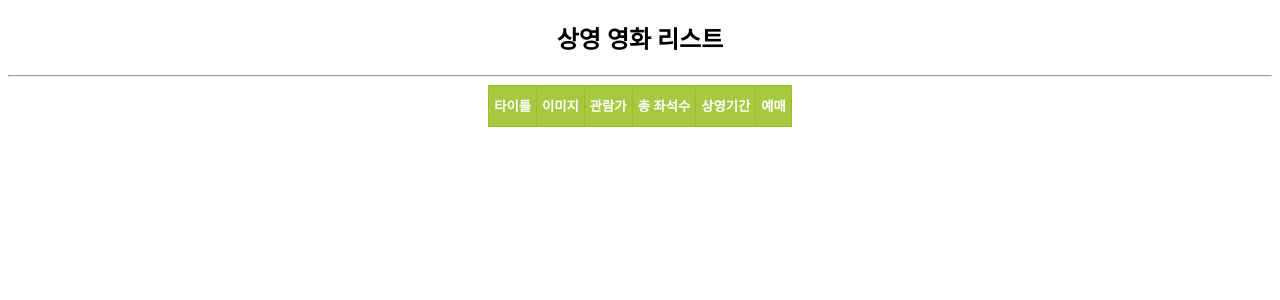
Repository: lmcoa15/Movie
Page: http://localhost/movie/user/user_list.jsp
An editor plug-in stored every save of this project. The page is shown before and after the next save, followed by the edit.
The browser window is 1280 px wide. The pictures show the whole page.
The page is served by Tomcat 9. Other server files are loaded and not shown.

Above is the page before, as saved 2015-12-07 17:07:44.

### workspace/movie/WebContent/user/user_list.jsp
<%@ page language="java" pageEncoding="UTF-8" contentType="text/html; charset=UTF-8"
 import="java.util.*,movie.admin.*"%>

<jsp:useBean id="datas" scope="request" class="java.util.ArrayList" />
<jsp:setProperty name="datas" property="*" />
<!DOCTYPE html PUBLIC "-//W3C//DTD HTML 4.01 Transitional//EN" "http://www.w3.org/TR/html4/loose.dtd">

<html>
<head>
<link rel="stylesheet" href="../css/movie_list_css.css" type="text/css" media="screen" />
<meta http-equiv="Content-Type" content="text/html; charset=UTF-8">
<title>상영 영화 리스트</title>
</head>
<body>

<div align="center">
<h2>상영 영화 리스트</h2>

<form name=form1 method=post  action="film_control.jsp">


<table border="1">
	<tr><th>타이틀</th><th>이미지</th>
	<th>관람가</th><th>총 좌석수</th>
	<th>상영기간</th><th>예매</th>
	<hr></tr>

	<%
		String img;
		for(film ab:(ArrayList<film>) datas){
			img=ab.getName_film();
	%>
	<tr>
	<td><%=ab.getName_film() %></td>
	<% if(img.equals("aboutTime")) {%>
	<td><img src="../image/aboutTime.jpg" width=70 height=70 /></td>
	<% }%>
	<% if(img.equals("star wars")) {%>
	<td><img src="../image/star wars.jpg" /></td>
	<% }else if(img.equals("Damage")) {%>
	<td><img src="../image/Damage.jpg" /></td>
	<% }else if(img.equals("Hobbit")) {%>
	<td><img src="../image/Hobbit.jpg" /></td>
	<% }else if(img.equals("LesMiserables")) {%>
	<td><img src="../image/LesMiserables.jpg" /></td>
	<% }else if(img.equals("martian")){%>
	<td><img src="../image/martian.jpg" /></td>
	<% }else if(img.equals("Monster")){%>
	<td><img src="../image/Monster.jpg" /></td>
	<% }else if(img.equals("Mother")){%>
	<td><img src="../image/Mother.jpg" /></td>
	<% }else if(img.equals("Sevendays")){%>
	<td><img src="../image/Sevendays.jpg" /></td>
	<% }else if(img.equals("Titanic")){%>
	<td><img src="../image/Titanic.jpg" /></td>
	<% }else if(img.equals("Blackswan")){%>
	<td><img src="../image/Blackswan.jpg" /></td>
	<% }else{%>
	<td>이미지 없음</td>
	<%} %>


	<td><%=ab.getAge_phase() %></td>
	<td><%=ab.getSeat_num() %></td>
	<td><%=ab.getWatch_date() %></td>
	<td>예매</td>

	</tr>
	<%
		}
	%>
</table>
</form>
</div>


</body>
</html>

### workspace/movie/WebContent/css/movie_list_css.css
@charset "utf-8";

table{
		width:auto;
		border-collapse:collapse;
		text-align:center;
}

td,th{
		font-size:10pt;
		border:1px solid #98bf21;
		height:30px;
		padding:5px;
}

th{
		background-color:#A7C942;
		color:#ffffff;
		font-family:Georgia;
}

tr td{
		color:#000000;
		background-color:#EAF2D3;
}
input {
		height:25px;
		width:200px;
}
img {
	width:70px;
	height:70px;
}
input [type="submit"],[type="reset"],[type="button"]{
	height:25px;
	width:80px;
}

After the next save:
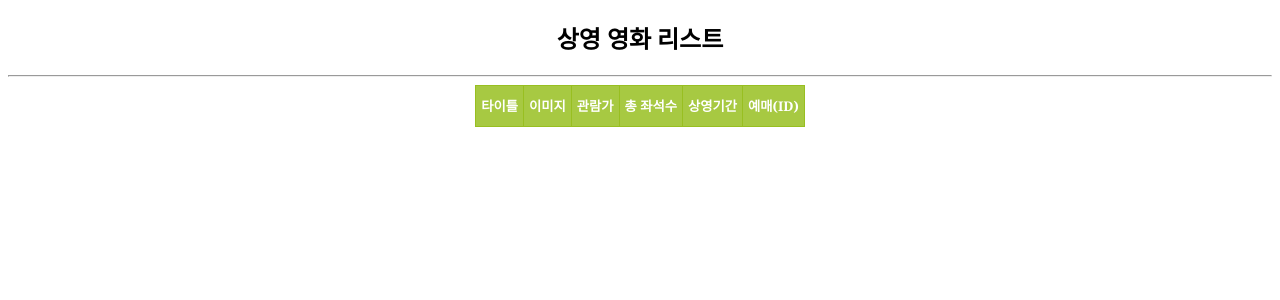
Saved 3 min 57 s later.
--- a/workspace/movie/WebContent/user/user_list.jsp
+++ b/workspace/movie/WebContent/user/user_list.jsp
@@ -22,7 +22,7 @@
 <table border="1">
 	<tr><th>타이틀</th><th>이미지</th>
 	<th>관람가</th><th>총 좌석수</th>
-	<th>상영기간</th><th>예매</th>
+	<th>상영기간</th><th>예매(ID)</th>
 	<hr></tr>
 
 	<%
@@ -63,7 +63,7 @@
 	<td><%=ab.getAge_phase() %></td>
 	<td><%=ab.getSeat_num() %></td>
 	<td><%=ab.getWatch_date() %></td>
-	<td>예매</td>
+	<td><input type="Submit" name="id_film" value="<%=ab.getId_film() %>"></td>
 
 	</tr>
 	<%
